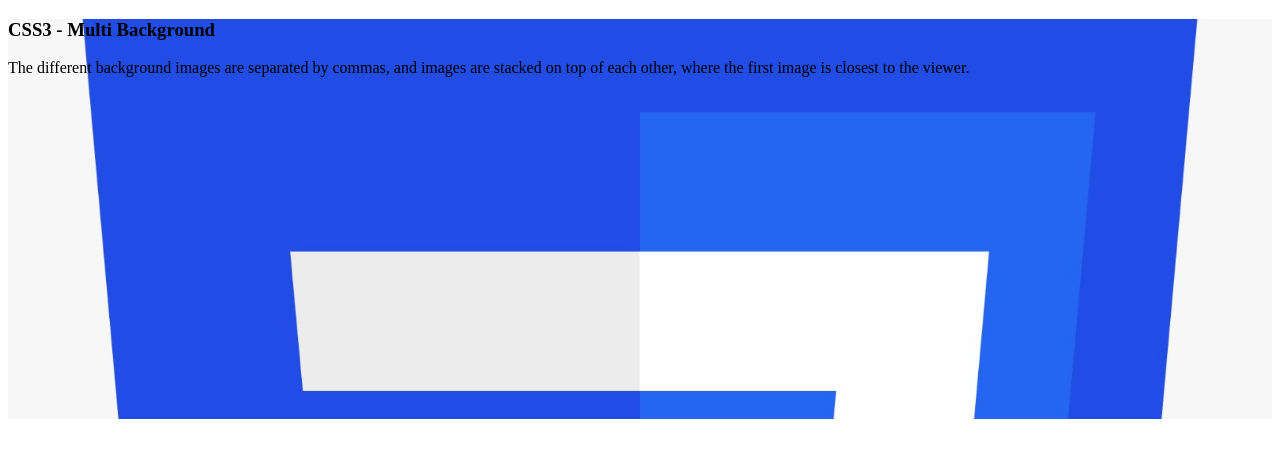
Repository: Pema-yangki/Css
Page: fed.html
An editor plug-in stored every save of this project. The page is shown before and after the next save, followed by the edit.
The browser window is 1280 px wide. The pictures show the whole page.

Above is the page before, as saved 2024-03-22 10:41:09.

### fed.html
<!-- <!DOCTYPE html>
<html lang="en">
<head>
    <meta charset="UTF-8">
    <meta name="viewport" content="width=device-width, initial-scale=1.0">
    <title>Document</title>
    <style>
        h1[name="greetings"]{
            color: brown;
        }
        h1[name ="king"]{
            color:aqua
        }
        h1[name="okay"]{
            color:blueviolet
        }
    </style> -->
    <!-- <style>
        table{
            border: 1px solid black;
            /* border-collapse: separate; */
            border-spacing: 15px;

        }

        table, th, td{
            border: 1px solid black;
            /* border-collapse: collapse; */

        }
    </style>
</head>
<body> -->
   <!-- <h1 name = "greetings">hello</h1>
   <h1 name = "king" >hi</h1>
   <h1 name = "okay">bye</h1> -->
   <!-- <table>
    <tr>
        <th>Name</th>
        <th>College</th>
        <th>Specialization</th>
    </tr>
    <tr>
        <td>kinley</td>
        <td >GCIT</td>
        <td>Full stack</td>
    </tr>
    <tr>
        <td>Pema</td>
        <td>GCIT</td>
        <td>AI</td>
    </tr>
    <tr>
        <td>yangki</td>
        <td>GCIT</td>
        <td>Blockchain</td>
    </tr>
    </table> -->

    <!-- <table>
      <thead>
        table rows
      </thead>
      <tfoot>
        table rows
      </tfoot>
      <tbody>
        table rows
      </tbody>
    </table>
</body>
</html>  -->


<!-- time table -->
<!-- <!DOCTYPE html>
<html lang="en">
<head>
    <meta charset="UTF-8">
    <meta name="viewport" content="width=device-width, initial-scale=1.0">
    <title>Document</title>
    <style>
        table.programs{
            background: white;
            border: 15px outset rgb(250, 246, 246);
            border-collapse:collapse;
            font-family: 'Times New Roman', Times, serif;
            width: 100%;
        }
        table.programs tr{
            height: 25px;
        }
        table.programs th, table.programs td{
            border: 1px solid rgb(243, 235, 235);
            padding: 5px;
            vertical-align: top;
        }
        col.timeColumn {
            background: rgb(170, 144, 59);
            width: 10%;
        }
        col.wDayColumns {
            background: rgb(201, 123, 6);
        }
        col.wEndColumns {
        background: rgb(187, 172, 90);
        width: 17.5%;
        }
        table.programs caption {
        caption-side: bottom;
        text-align: center;
        }
        table.programs thead{
        color:white;
        background-color: rgb(177, 112, 16);
        }
        table.programs thead th:first-of-type{
        color:white;
        background-color: rgb(174, 184, 38);
        }
table.programs thead th:nth-of-type(7),
table.programs thead th:nth-of-type(8) {
color:white;
background-color: rgb(153, 125, 0);
}
table.programs tfoot{
color:white;
background-color: black;
}



        </style>
</head>

<body>
    <table class="programs">
        <caption>full stack daily shedule</caption>
        <colgroup>
        <col class="timeColumn">
        <col class="wDayColumns" span="5">
        <col class="wEndColumns" span="2">
        </colgroup>
        <thead>
            <tr>
                <th>Time</th>
                <th>Mon</th>
                <th>Tue</th>
                <th>Wed</th>
                <th>Thu</th>
                <th>Fri</th>
                <th>Sat</th>
                <th>Sun</th>
            </tr>
        </thead>

        <tfoot>
            <tr>
                <td colspan="8">
                    GCIT Full Stack Program daily shedule ends its activities at 9:30
                </td>
            </tr>
        </tfoot>
        <tbody>
            <tr>
                <th>5:30 Am</th>
                    <td rowspan="1" colspan="5">Good Morning/Lazy Morning</td>
                    <td rowspan="4" colspan="1">Slow Weekends</td>
                    <td rowspan="2" colspan="1">Sunday Morning</td>

            </tr>
            <tr>
                <th>5:30 AM </th>
                    <td rowspan="3" colspan="5">Start Your Engine!</td>

            </tr>
            <tr>
                <th>6:00 AM </th>
                    <td rowspan="2" colspan="1">Weekend Yoga</td>

            </tr>
            <tr>
                <th>6:30 AM  </th>
            </tr>
            <tr>
                <th>7:00 AM  </th>
                    <td rowspan="1" colspan="5">Breakfast News</td>
                    <td rowspan="2" colspan="1">Weekend Yoga</td>
                    <td rowspan="2" colspan="1">Advanced Pilate</td>

            </tr>
            <tr>
                <th>7:30 AM </th>
                    <td rowspan="1" colspan="5">General Cleaning</td>

            </tr>
            <tr>
                <th>8:00 AM </th>
                    <td rowspan="4" colspan="5">Designing Layout</td>
                    <td rowspan="3" colspan="1">Testing</td>
                    <td rowspan="4" colspan="1">Case Study</td>

            </tr>
            <tr>
                <th>8:30 AM </th>
            </tr>
            <tr>
                <th>9:00 AM </th>
            </tr>
            <tr>
                <th>9:30 AM</th>
                    <td rowspan="3" colspan="1">Weight Yoga</td>

            </tr>
            <tr>
                <th>10:00 AM</th>
                    <td rowspan="4" colspan="5">Coding</td>
                    <td rowspan="1" colspan="1">Play time</td>

            </tr>
            <tr>
                <th>10:30 AM  </th>
                    <td rowspan="1" colspan="1">Brain Spa</td>

            </tr>
            <tr>
                <th>11:00 AM</th>
                <td rowspan="3" colspan="1">Outdoor Games</td>
                <td rowspan="1" colspan="1">The Meditative Mind</td>
                </tr>


            <tr>
                <th>11:30 AM </th>
                <td rowspan="1" colspan="1">Stretches</td>

            </tr>
            <tr>
                <th>12:00 PM   </th>
                <td rowspan="1" colspan="5">Lunch News</td>
                <td rowspan="1" colspan="1">Indoor Games</td>

            </tr>
        </tbody>
    </table>
</body>
</html> -->


<!DOCTYPE html>
<html lang="en">
<head>
    <meta charset="UTF-8">
    <meta name="viewport" content="width=device-width, initial-scale=1.0">
    <title>Document</title>
    <style>
        #background {
        background-image: url(), url(feeeee.jpeg);
        background-position: left top;
        background-repeat: no-repeat, repeat;
        background-size: 100px 100px, cover;
        }
        </style>
</head>
<body>
    <div id="background" style="height: 400px;">
        <h3>CSS3 - Multi Background</h3>
        <p>The different background images are separated by commas, and images are stacked on
        top of each other, where the first image is closest to the viewer.</p>
        </div>
</body>
</html>

After the next save:
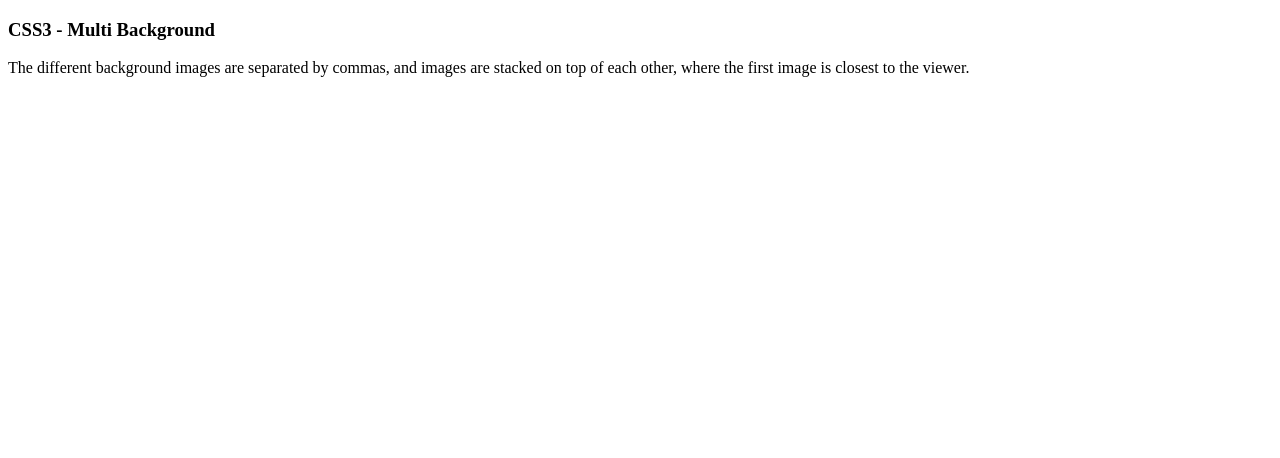
Not found: feeeee.jpegfeeeee.jpeg
Saved 2 s later.
--- a/fed.html
+++ b/fed.html
@@ -255,7 +255,7 @@ background-color: black;
     <title>Document</title>
     <style>
         #background {
-        background-image: url(), url(feeeee.jpeg);
+        background-image: url(), url(feeeee.jpegfeeeee.jpeg);
         background-position: left top;
         background-repeat: no-repeat, repeat;
         background-size: 100px 100px, cover;

After the 2 saves that followed:
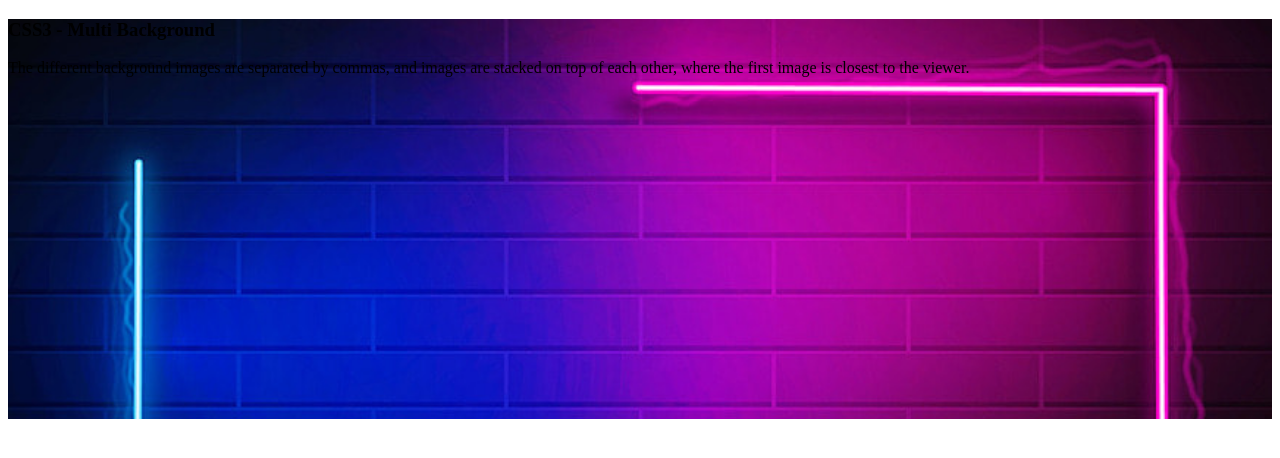
The 2 saves are shown as one change because 1 left the picture as it was.
The last was saved 20 s later.
--- a/fed.html
+++ b/fed.html
@@ -255,7 +255,7 @@ background-color: black;
     <title>Document</title>
     <style>
         #background {
-        background-image: url(), url(feeeee.jpegfeeeee.jpeg);
+        background-image: url(), url(cd.jpeg);
         background-position: left top;
         background-repeat: no-repeat, repeat;
         background-size: 100px 100px, cover;
